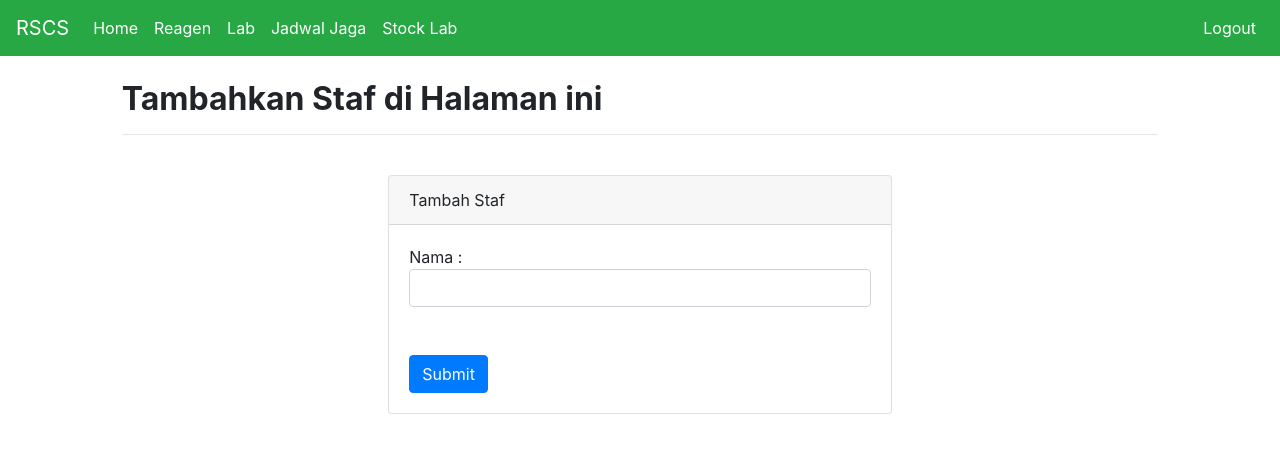
Repository: usamah1707/Tugas-Akhir-Kelompok-6
Page: http://localhost/add-staff
An editor plug-in stored every save of this project. The page is shown before and after the next save, followed by the edit.
The browser window is 1280 px wide. The pictures show the whole page.
The page is this project's Thymeleaf template; nobody is signed in. The template is opened directly, without the code that normally fills it, so the values that code supplies are empty.

Above is the page before, as saved 2019-06-04 07:50:15.

### TA_6/src/main/resources/templates/add-staff.html
<!DOCTYPE html>
<html xmlns:th="http://www.thymeleaf.org">
<head>
	<title>Add Staff</title>
	<object th:include="fragments/fragment :: css" th:remove="tag"></object>
    <object th:include="fragments/fragment :: js" th:remove="tag"></object>
</head>
<body>
	<nav th:replace="fragments/fragment :: navbar"></nav>
	<div class="container-fluid">
	<div class="row">
            <span class="col-md-1"></span>
            <div class="col-md-10">
                    <br>

		<h2><strong>Tambahkan Staf di Halaman ini</strong></h2>
		                    <hr>
                    <br>
		<div class="row">
			<span class="col-md-3"></span>
			<div class="col-md-6">
				<div class="card">
					<div class="card-header">Tambah Staf</div>
					<div class="card-body">
						<form th:action = "@{/lab/jadwal-jaga/staff}" th:object="${staff}" method="POST">
							Nama : <br>
							<input type="text" name="nama_staff" class="form-control"/>
							<br><br>
							<button type="submit" class="btn btn-primary">Submit</button>
						</form>
					</div>
				</div>

			</div>

		</div>

	</div>

</body>


</html>

### TA_6/src/main/resources/templates/fragments/fragment.html
<!DOCTYPE html>
<html xmlns:th="http://www.thymeleaf.org">

<head>
    <title>Home</title>
	<head th:fragment="metas">
		<meta charset="utf-8">
    	<meta name="viewport" content="width=device-width, initial-scale=1, shrink-to-fit=no">
	</head>
    <head th:fragment="css">
    	<link rel="stylesheet" th:href="@{/css/style.css}">
        <link rel="stylesheet" th:href="@{/css/bootstrap.min.css}">

    </head>

    <head th:fragment="js">
    	<script
  src="https://code.jquery.com/jquery-3.3.1.js"
  integrity="sha256-2Kok7MbOyxpgUVvAk/HJ2jigOSYS2auK4Pfzbm7uH60="
  crossorigin="anonymous"></script>
        <script th:src="@{/js/bootstrap.min.js}"></script>
    </head>
</head>

<body>
    <nav th:fragment="navbar" class="navbar navbar-expand-lg navbar-dark bg-success">
        <a class="navbar-brand" th:href="@{/}">RSCS</a>
        <div class="collapse navbar-collapse" id="navbarSupportedContent">
            <ul class="navbar-nav mr-auto">
                <li class="nav-item active">
                    <a class="nav-link" th:href="@{/}">Home</a>
                </li>

                <li class="nav-item active">
                    <a class="nav-link" th:href="@{/lab/kebutuhan}">Reagen</a>
                </li>
                 <li class="nav-item active">
                    <a class="nav-link" th:href="@{/lab/pemeriksaan}">Lab</a>
                </li>
                <li class="nav-item active">
                    <a class="nav-link" th:href="@{/lab/jadwal-jaga/view}">Jadwal Jaga</a>
                </li>
                 <li class="nav-item active">
                    <a class="nav-link" th:href="@{/lab/stok}">Stock Lab</a>
                </li>
            </ul>
            <ul class="navbar-nav pull-right">
            	<li class="nav-item active">
            		<a class="nav-link" th:href="@{/logout}">Logout</a>
            	</li>
            </ul>
        </div>
    </nav>
</body>

</html>

### TA_6/src/main/resources/static/css/style.css
body {
  background: #34495e;
  font: normal 300 18px "Roboto", sans-serif;
}

#menu-nav {
  max-width: 1000px;
  margin: 130px auto;
  background-color: #ecf0f1;
  border-radius: 4px;
  box-shadow: 0 2px 5px rgba(0, 0, 0, 0.3);
}

#navigation-bar ul {
  border-radius: 4px;
  overflow: hidden;
}
#navigation-bar li {
  float: left;
  width: 20%;
}
#navigation-bar li:hover a::before {
  right: 0;
  left: 0;
}
#navigation-bar a {
  color: #848484;
  font-size: 20px;
  text-decoration: none;
  text-align: center;
  padding: 20px 0;
  display: block;
  position: relative;
  transition: all 0.3s ease;
}
#navigation-bar a:hover {
  color: #e74c3c;
}
#navigation-bar a::before {
  content: "";
  transition: all 0.4s ease-in-out;
  position: absolute;
  right: 50%;
  left: 50%;
  bottom: 0;
  height: 2px;
  background-color: #e74c3c;
}
#navigation-bar a:hover::before {
  right: 0;
  left: 0;
}

li {
	list-style: none;
}

Loaded but not shown: TA_6/src/main/resources/static/css/bootstrap.min.css (library); TA_6/src/main/resources/static/js/bootstrap.min.js (library)

After the next save:
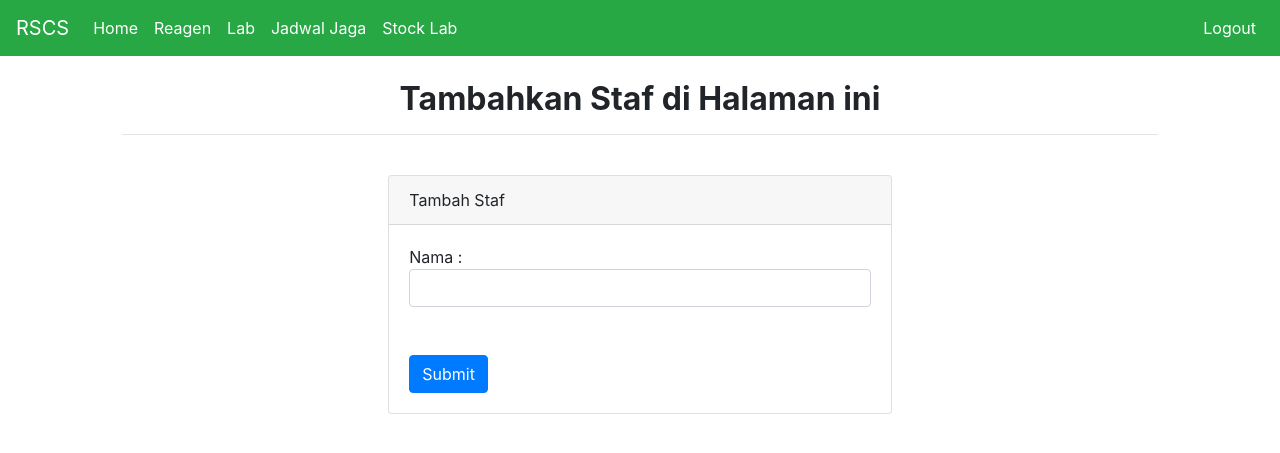
Saved 9 s later.
--- a/TA_6/src/main/resources/templates/add-staff.html
+++ b/TA_6/src/main/resources/templates/add-staff.html
@@ -13,7 +13,7 @@
             <div class="col-md-10">
                     <br>
 
-		<h2><strong>Tambahkan Staf di Halaman ini</strong></h2>
+		<h2 align = "center"><strong>Tambahkan Staf di Halaman ini</strong></h2>
 		                    <hr>
                     <br>
 		<div class="row">
